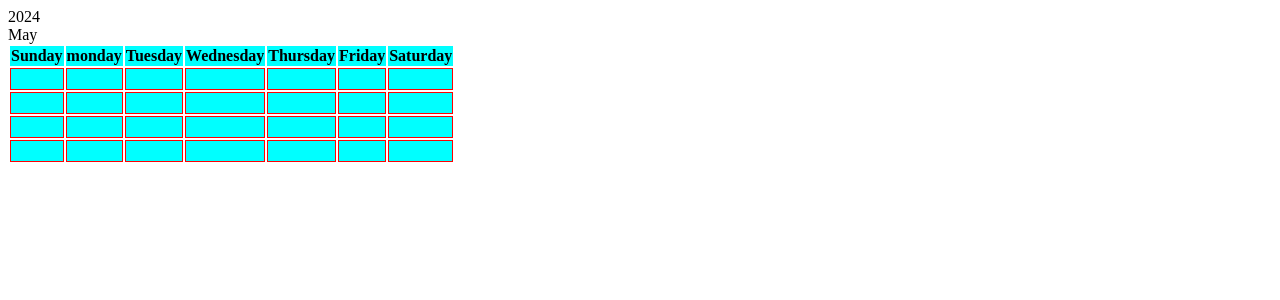
Repository: fateme81yosefi/calendar
Page: index.html
An editor plug-in stored every save of this project. The page is shown before and after the next save, followed by the edit.
The browser window is 1280 px wide. The pictures show the whole page.

Above is the page before, as saved 2024-05-30 14:05:02.
Console error: TypeError: Cannot set properties of null (setting 'innerHTML')

After the next save:
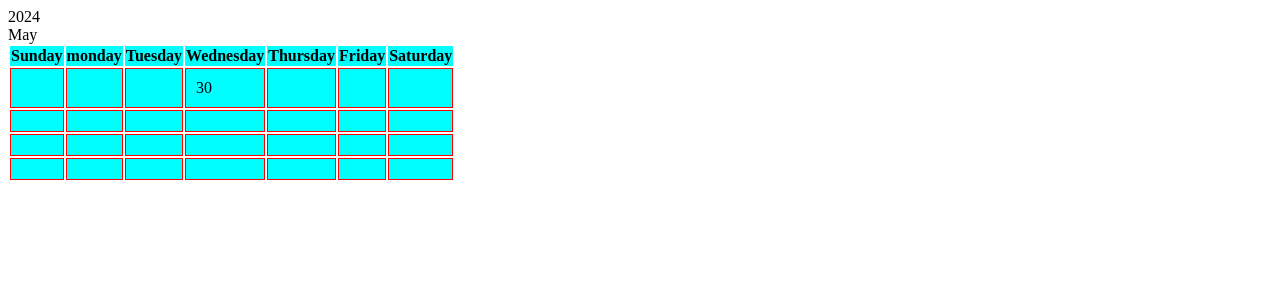
The error is gone.
Saved 20 s later.
--- a/scripts.js
+++ b/scripts.js
@@ -7,7 +7,7 @@ function calculator() {
     m = d.getMonth()
     y = d.getFullYear()
     day = d.getDate()
-    weekday = d.getDay
+    weekday = d.getDay()
 
     document.getElementById("year").innerHTML = y
 
